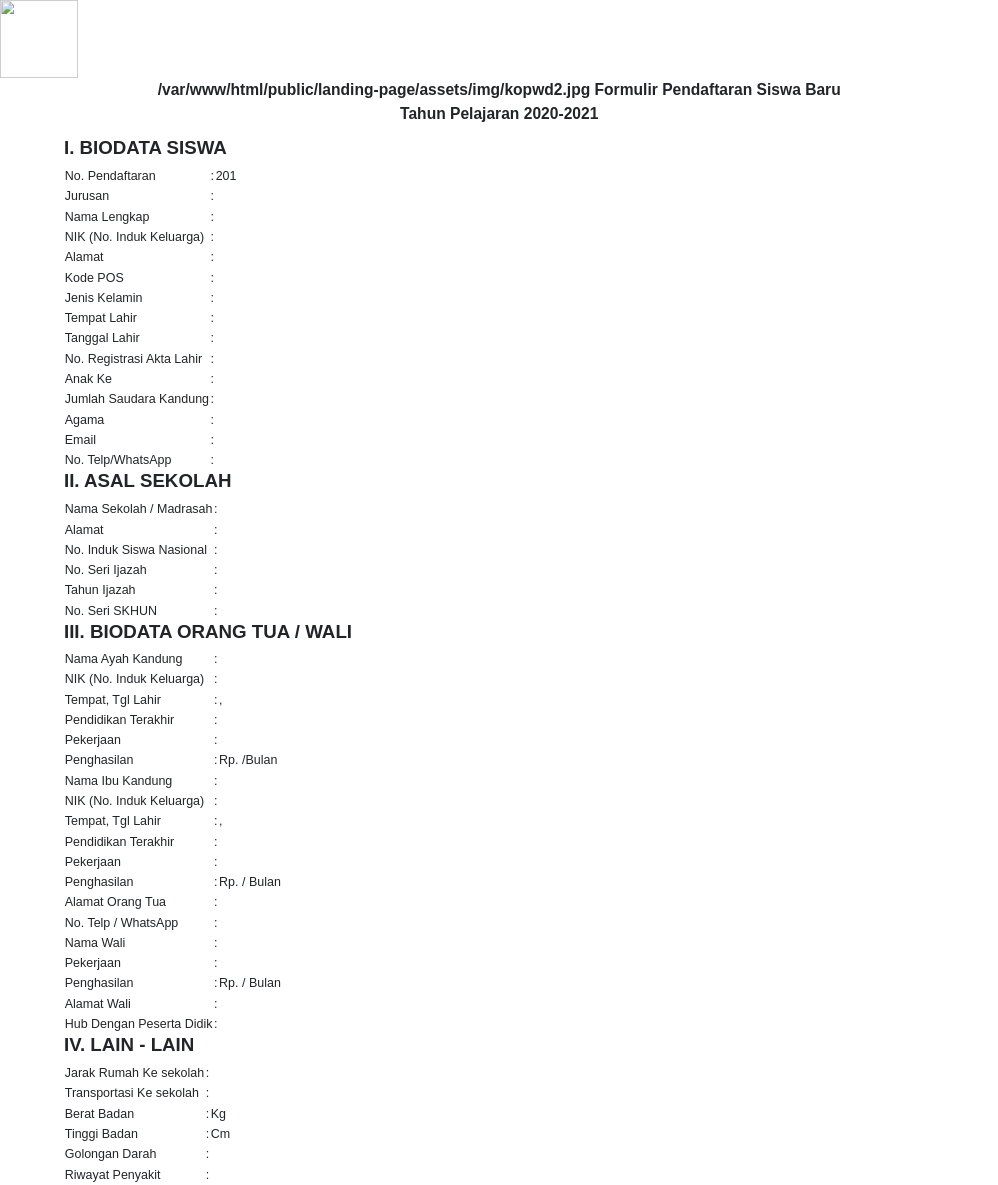
Repository: nooravipp-ux/ppdb-v-2
Page: resources/views/student/download-formulir.blade.php
These files come from the project's save history. The page is drawn as it stood at one moment and after the next save; the edit follows.
The browser window is 1280 px wide. The pictures show the whole page, at 78% of full size.
The page is served by the project's Laravel application, run on PHP 8.4 with Laravel 8. Other server files are loaded and not shown. The template is opened directly, without the code that normally fills it, so the values that code supplies are empty.

Above is the page before, as saved 2021-09-05 00:03:06.

### routes/web.php
<?php

use Illuminate\Support\Facades\Route;
use Illuminate\Support\Facades\Auth;
use App\Mail\RegistrationMailNotif;
use Illuminate\Support\Facades\Mail;
/*
|--------------------------------------------------------------------------
| Web Routes
|--------------------------------------------------------------------------
|
| Here is where you can register web routes for your application. These
| routes are loaded by the RouteServiceProvider within a group which
| contains the "web" middleware group. Now create something great!
|
*/

Route::get('/', function () {
    return view('welcome');
});

Auth::routes();
Route::auth();
Route::get('/home', [App\Http\Controllers\HomeController::class, 'index'])->name('home');

//Exam Route
Route::get('/manage-exam', [App\Http\Controllers\ManageExamController::class, 'manageExam'])->name('manage-exam');
Route::post('/manage-exam/add-course', [App\Http\Controllers\ManageExamController::class, 'addCourse']);
Route::post('/add-or-update-exam', [App\Http\Controllers\ManageExamController::class, 'addOrUpdateExam'])->name('add-or-update-exam');
Route::get('/manage-exam/manage-exam-question/{id}', [App\Http\Controllers\ManageExamController::class, 'manageExamQuestion'])->name('manage-exam-question.id');
Route::get('/manage-exam/exam-report', [App\Http\Controllers\ManageExamController::class, 'examReport'])->name('exam-report');

Route::post('/manage-exam/manage-exam-question/add-questions', [App\Http\Controllers\QuestionController::class, 'addOrUpdateQuestions'])->name('add-questions');
Route::get('/start-exam/{id}', [App\Http\Controllers\ManageExamController::class, 'startExam'])->name('exam.id');
Route::get('/examination-list', [App\Http\Controllers\ManageExamController::class, 'listExam'])->name('list-exam');

Route::post('/start-exam/submit-exam', [App\Http\Controllers\QuestionController::class, 'submitAnswer']);
Route::get('/start-exam/submit-exam/result/{id}', [App\Http\Controllers\QuestionController::class, 'result'])->name('result.id');




// Registration route
Route::get('/register', [App\Http\Controllers\RegistrationController::class, 'index'])->name('registration');
Route::get('/register/detail/{id}', [App\Http\Controllers\RegistrationController::class, 'getDetailRegister'])->name('detail.id');
Route::get('/register/confirm/{id}', [App\Http\Controllers\RegistrationController::class, 'confirmRegister'])->name('confirm.id');
Route::get('/student-registration', [App\Http\Controllers\RegistrationController::class, 'registrationStudent']);
Route::get('/student-registration/save', [App\Http\Controllers\RegistrationController::class, 'save']);


//biodata
Route::get('/home/biodata', [App\Http\Controllers\BiodataController::class, 'biodata'])->name('biodata');

### app/Http/Controllers/Controller.php
<?php

namespace App\Http\Controllers;

use Illuminate\Foundation\Auth\Access\AuthorizesRequests;
use Illuminate\Foundation\Bus\DispatchesJobs;
use Illuminate\Foundation\Validation\ValidatesRequests;
use Illuminate\Routing\Controller as BaseController;
use Illuminate\Support\Facades\DB;
use Illuminate\Support\Facades\View;
use Illuminate\Support\Facades\Auth;
class Controller extends BaseController
{
    use AuthorizesRequests, DispatchesJobs, ValidatesRequests;
}

### resources/views/student/download-formulir.blade.php
<!DOCTYPE html>
<html lang="en-us">

<head>
    <meta charset="UTF-8">
    <meta name="viewport" content="width=device-width, initial-scale=1">

    <!-- Bootstrap CSS -->
    <link href="https://cdn.jsdelivr.net/npm/bootstrap@5.1.0/dist/css/bootstrap.min.css" rel="stylesheet" integrity="sha384-KyZXEAg3QhqLMpG8r+8fhAXLRk2vvoC2f3B09zVXn8CA5QIVfZOJ3BCsw2P0p/We" crossorigin="anonymous">


    <title>Formulir Pendaftaran</title>
    <link rel="stylesheet" href="./responsiveRegistration.css">
    <script type="text/javascript" lang="javascript" src="./responsiveRegistaration.js"></script>
    <style type="text/css" media="all">

        table {
            font-family: Arial, Helvetica, sans-serif;
        }

        p {
            font-family: Arial, Helvetica, sans-serif;
            text-align: center;
            font-size: 20px;
            font-weight: bold;
        }

        h4{
            font-family: Arial, Helvetica, sans-serif;

        }

        td {
            height: 10px;
        }
    </style>
</head>

<body>
    <img src="http://localhost/public/images/thumb.png" style="width: 100px; height:100px">
    <p>{{ public_path ('landing-page/assets/img/kopwd2.jpg') }} Formulir Pendaftaran Siswa Baru <br class="mt-2"> Tahun Pelajaran 2020-2021</p>
    <div class="container">
        {{-- Data Saya --}}
        <h4><b>I. BIODATA SISWA</b></h4>
        <table class=" pl-3">
            <tr>
                <td style="height: 20px;"><label for="fname">No. Pendaftaran</label></td>
                <td>:</td>
                <td>201</td>
            </tr>
            <tr>
                <td><label for="fname">Jurusan</label></td>
                <td>:</td>
                <td>{{$data->pilihan_jurusan}}</td>
            </tr>
            <tr>
                <td><label for="fname">Nama Lengkap</label></td>
                <td>:</td>
                <td>{{$data->nama_lengkap}}</td>
            </tr>
            <tr>
                <td><label for="fname">NIK (No. Induk Keluarga)</label></td>
                <td> : </td>
                <td>{{$data->nik_siswa}}</td>
            </tr>
            <tr>
                <td><label for="fname">Alamat</label></td>
                <td>:</td>
                <td>{{$data->alamat}}</td>
            </tr>
            <tr>
                <td><label for="fname">Kode POS</label></td>
                <td>:</td>
                <td>{{$data->kode_pos}}</td>
            </tr>

            <tr>
                <td><label for="fname">Jenis Kelamin</label></td>
                <td>:</td>
                <td>{{$data->jenis_kelamin}}</td>
            </tr>
            <tr>
                <td><label for="fname">Tempat Lahir</label></td>
                <td> : </td>
                <td>{{$data->tempat_lahir}}</td>
            </tr>
            <tr>
                <td><label for="fname">Tanggal Lahir</label></td>
                <td> : </td>
                <td>{{$data->tanggal_lahir}}</td>
            </tr>
            <tr>
                <td><label for="fname">No. Registrasi Akta Lahir</label></td>
                <td> : </td>
                <td>{{$data->no_registrasi_akta_lahir}}</td>
            </tr>
            <tr>
                <td><label for="fname">Anak Ke</label></td>
                <td> : </td>
                <td>{{$data->anak_ke}}</td>
            </tr>
            <tr>
                <td><label for="fname">Jumlah Saudara Kandung</label></td>
                <td> : </td>
                <td>{{$data->jumlah_saudara_kandung}}</td>
            </tr>
            <tr>
                <td><label for="fname">Agama</label></td>
                <td> : </td>
                <td>{{$data->agama}}</td>
            </tr>
            <tr>
                <td><label for="fname">Email</label></td>
                <td> : </td>
                <td>{{$data->email}}</td>
            </tr>
            <tr>
                <td><label for="fname">No. Telp/WhatsApp</label></td>
                <td> : </td>
                <td>{{$data->no_telp}}</td>
            </tr>
        </table>
    </div>

    <div class="container">
        {{-- Data Pendidikan --}}
        <h4><b>II. ASAL SEKOLAH</b></h4>
        <table>
            <tr>
                <td><label for="fname">Nama Sekolah / Madrasah</label></td>
                <td> : </td>
                <td>{{$data->nama_sekolah_asal}}</td>
            </tr>
            <tr>
                <td><label for="fname">Alamat</label></td>
                <td> : </td>
                <td>{{$data->alamat_sekolah}}</td>
            </tr>
            <tr>
                <td><label for="fname">No. Induk Siswa Nasional</label></td>
                <td> :</td>
                <td> {{$data->no_induk_siswa_nasional}}</td>
            </tr>
            {{-- <tr>
                <td><label for="fname">No. Peserta Ujian Nasional</label></td>
                <td> : </td>
                <td>{{$data->no_peserta_ujian_nasional}}</td>
            </tr> --}}
            <tr>
                <td><label for="fname">No. Seri Ijazah</label></td>
                <td> :</td>
                <td> {{$data->no_seri_ijazah}}</td>
            </tr>
            <tr>
                <td><label for="fname">Tahun Ijazah</label></td>
                <td> : </td>
                <td>{{$data->tahun_ijazah}}</td>
            </tr>
            <tr>
                <td><label for="fname">No. Seri SKHUN</label></td>
                <td> : </td>
                <td>{{$data->no_seri_skhun}}</td>
            </tr>
        </table>
    </div>

    <div class="container">
        {{-- Data Ortu / Wali --}}
        <h4><b>III. BIODATA ORANG TUA / WALI</b></h4>
        <table>
            <tr>
                <td><label for="fname">Nama Ayah Kandung</label></td>
                <td> :</td>
                <td> {{$data->nama_ayah}}</td>
            </tr>
            <tr>
                <td><label for="fname">NIK (No. Induk Keluarga)</label></td>
                <td> :</td>
                <td> {{$data->nik_ayah}}</td>
            </tr>
            <tr>
                <td><label for="fname">Tempat, Tgl Lahir</label></td>
                <td> : </td>
                <td>{{$data->tempat_lahir_ayah}}, {{$data->tanggal_lahir_ayah}}</td>
            </tr>
            <tr>
                <td><label for="fname">Pendidikan Terakhir</label></td>
                <td> : </td>
                <td>{{$data->pendidikan_ayah}}</td>
            </tr>
            <tr>
                <td><label for="fname">Pekerjaan</label></td>
                <td> :</td>
                <td> {{$data->pekerjaan_ayah}}</td>
            </tr>
            <tr>
                <td><label for="fname">Penghasilan</label></td>
                <td> :</td>
                <td> Rp. {{$data->penghasilan_ayah}} /Bulan</td>
            </tr>
            <tr>
                <td><label for="fname">Nama Ibu Kandung</label></td>
                <td> : </td>
                <td>{{$data->nama_ibu}}</td>
            </tr>
            <tr>
                <td><label for="fname">NIK (No. Induk Keluarga)</label></td>
                <td> : </td>
                <td>{{$data->nik_ibu}}</td>
            </tr>
            <tr>
                <td><label for="fname">Tempat, Tgl Lahir</label></td>
                <td> :</td>
                <td> {{$data->tempat_lahir_ibu}}, {{$data->tanggal_lahir_ibu}}</td>
            </tr>
            <tr>
                <td><label for="fname">Pendidikan Terakhir</label></td>
                <td> :</td>
                <td> {{$data->pendidikan_ibu}}</td>
            </tr>
            <tr>
                <td><label for="fname">Pekerjaan</label></td>
                <td> :</td>
                <td> {{$data->pekerjaan_ibu}}</td>
            </tr>
            <tr>
                <td><label for="fname">Penghasilan</label></td>
                <td> :</td>
                <td> Rp. {{$data->penghasilan_ibu}} / Bulan</td>
            </tr>
            <tr>
                <td><label for="fname">Alamat Orang Tua</label></td>
                <td> : </td>
                <td>{{$data->alamat_ortu}}</td>
            </tr>
            <tr>
                <td><label for="fname">No. Telp / WhatsApp</label></td>
                <td> : </td>
                <td>{{$data->no_telp_ortu}}</td>
            </tr>
            <tr>
                <td><label for="fname">Nama Wali</label></td>
                <td> : </td>
                <td>{{$data->nama_wali}}</td>
            </tr>
            <tr>
                <td><label for="fname">Pekerjaan</label></td>
                <td> : </td>
                <td>{{$data->pekerjaan_wali}} </td>
            </tr>
            <tr>
                <td><label for="fname">Penghasilan</label></td>
                <td> : </td>
                <td> Rp. {{$data->penghasilan_wali}} / Bulan</td>
            </tr>
            <tr>
                <td><label for="fname">Alamat Wali</label></td>
                <td> :</td>
                <td> {{$data->alamat_wali}}</td>
            </tr>
            <tr>
                <td><label for="fname">Hub Dengan Peserta Didik</label></td>
                <td> :</td>
                <td> {{$data->hub_dengan_peserta_didik}}</td>
            </tr>
        </table>
    </div>

    <div class="container">
        {{-- Lainlain --}}
        <h4><b>IV. LAIN - LAIN</b></h4>
        <table>
            <tr>
                <td><label for="fname">Jarak Rumah Ke sekolah</label></td>
                <td> : </td>
                <td> {{$data->jarak_rumah_ke_sekolah}}</td>
            </tr>
            <tr>
                <td><label for="fname">Transportasi Ke sekolah</label></td>
                <td> : </td>
                <td>{{$data->transportasi}}</td>
            </tr>
            <tr>
                <td><label for="fname">Berat Badan</label></td>
                <td> :</td>
                <td> {{$data->berat_badan}} Kg</td>
            </tr>
            <tr>
                <td><label for="fname">Tinggi Badan</label></td>
                <td> :</td>
                <td> {{$data->tinggi_badan}} Cm</td>
            </tr>
            <tr>
                <td><label for="fname">Golongan Darah</label></td>
                <td> :</td>
                <td> {{$data->gol_darah}}</td>
            </tr>
            <tr>
                <td><label for="fname">Riwayat Penyakit</label></td>
                <td> : </td>
                <td>{{$data->riwayat_penyakit}}</td>
            </tr>
        </table>
    </div>

        <script src="https://cdn.jsdelivr.net/npm/bootstrap@5.1.0/dist/js/bootstrap.bundle.min.js" integrity="sha384-U1DAWAznBHeqEIlVSCgzq+c9gqGAJn5c/t99JyeKa9xxaYpSvHU5awsuZVVFIhvj" crossorigin="anonymous"></script>
</body>

</html>

Loaded but not shown: app/Http/Controllers/Auth/ConfirmPasswordController.php (common file)

After the next save:
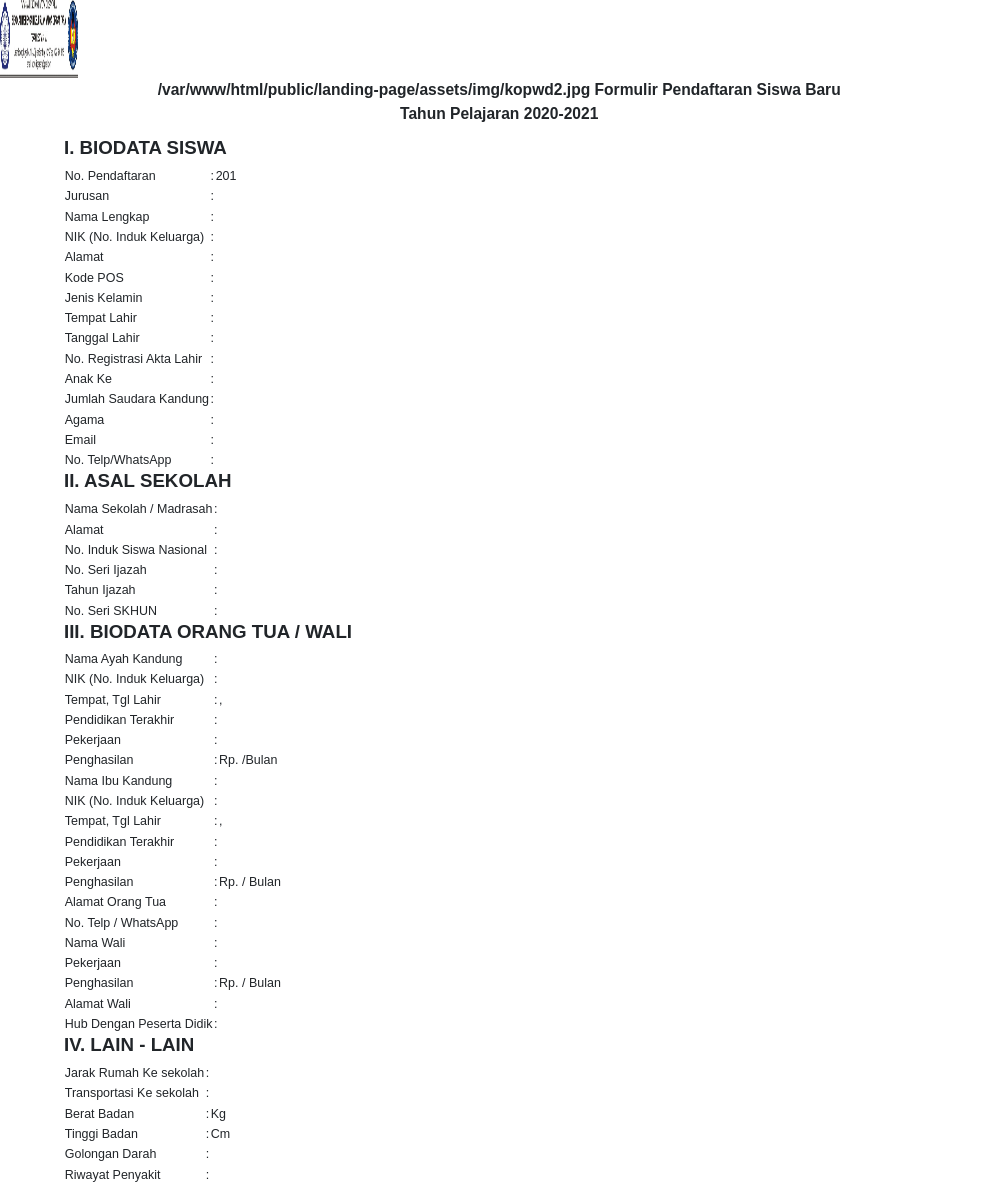
Saved 17 s later.
--- a/resources/views/student/download-formulir.blade.php
+++ b/resources/views/student/download-formulir.blade.php
@@ -37,7 +37,7 @@
 </head>
 
 <body>
-    <img src="http://localhost/public/images/thumb.png" style="width: 100px; height:100px">
+    <img src="http://localhost/public/landing-page/assets/img/kopwd2.jpg" style="width: 100px; height:100px">
     <p>{{ public_path ('landing-page/assets/img/kopwd2.jpg') }} Formulir Pendaftaran Siswa Baru <br class="mt-2"> Tahun Pelajaran 2020-2021</p>
     <div class="container">
         {{-- Data Saya --}}
